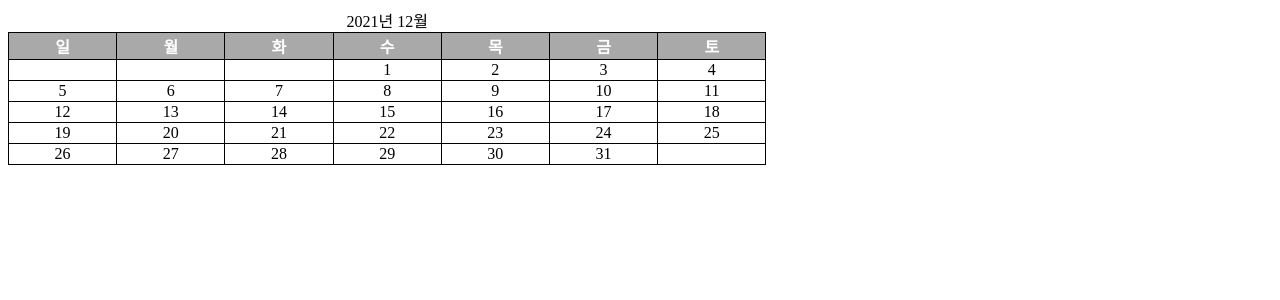
Repository: Jin0207/jsp
Page: http://localhost/day1210/calendarTest.jsp
An editor plug-in stored every save of this project. The page is shown before and after the next save, followed by the edit.
The browser window is 1280 px wide. The pictures show the whole page.
The page is served by Tomcat 9. Other server files are loaded and not shown.

Above is the page before, as saved 2021-12-10 06:24:17.

### day1210/src/main/webapp/calendarTest.jsp
<%@page import="java.util.Date"%>
<%@ page language="java" contentType="text/html; charset=EUC-KR"
    pageEncoding="EUC-KR"%>
<!DOCTYPE html>
<html>
<head>
<meta charset="EUC-KR">
<title>Insert title here</title>
<style type="text/css">
	table, td, th{
		border: 1px solid black;
		text-align: center;
	}
	table{
		border-collapse: collapse;
		width: 60%;
	}
	.title{
		background: darkgray;
		color:white;
	}
</style>
</head>
<body>
	<%
		int[] lastDate = {31,23,31,30,31,30,31,31,30,31,30,31};
		String[] days = {"일","월","화","수","목","금","토"};
		Date today = new Date();
		int year = today.getYear();
		int month = today.getMonth();
		Date day = new Date(year,month,1);
		int firstDay = day.getDay();
	%>
	<table>
		<caption> <%=year +1900%>년 <%=month+1 %>월</caption>
		<tr class="title">
			<%
				for(String d: days){
			%>
					<th><%=d %></th>
			<%
				}
			%>
		</tr>
		<tr>
			<%
				for(int i=1; i <= firstDay; i++){
			%>
					<td>&nbsp;</td>
			<%
				}
				for(int i=1; i<= lastDate[month]; i++){
			%>
						<td><%=i %></td>
						<%
						if( (i+firstDay) % 7 ==0){
						%>
								</tr><tr>
						<%
						}
				}
			%>
		</tr>
	</table>
</body>
</html>

After the next save:
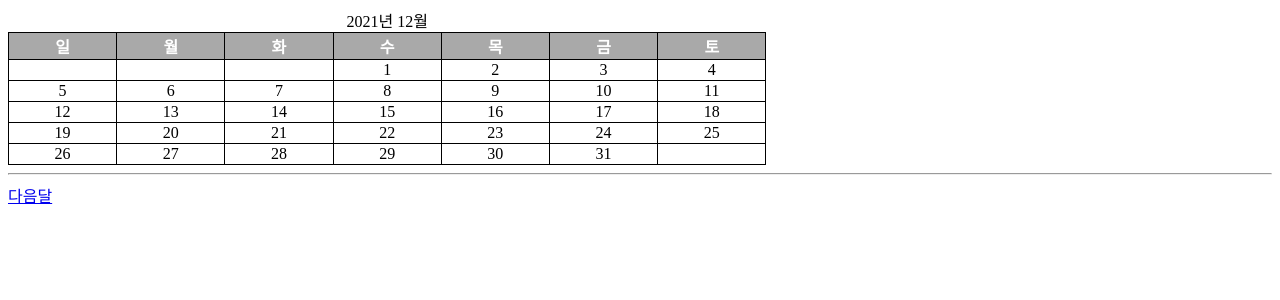
Saved 4 min 15 s later.
--- a/day1210/src/main/webapp/calendarTest.jsp
+++ b/day1210/src/main/webapp/calendarTest.jsp
@@ -62,5 +62,7 @@
 			%>
 		</tr>
 	</table>
+	<hr>
+	<a href="calendarTest.jsp">다음달</a>
 </body>
 </html>
